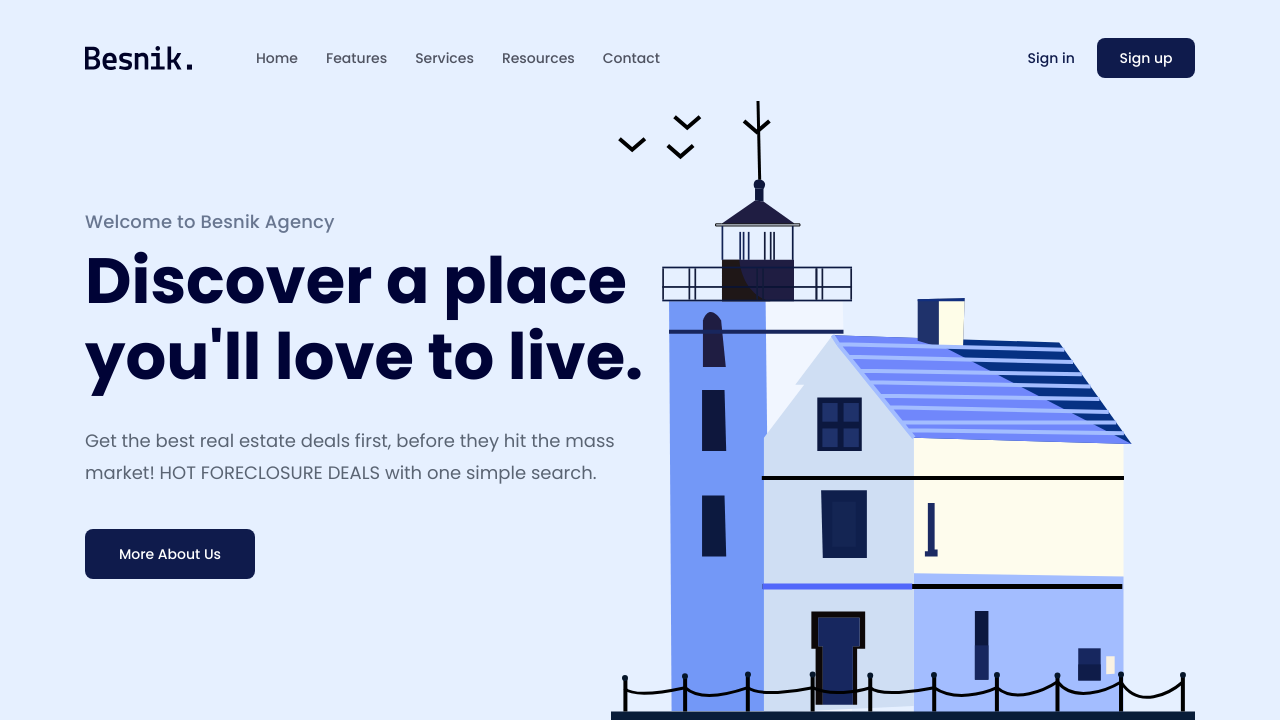
Repository: Tibi2003/f8-htmlcss-01
Page: index.html
These files come from the project's save history. The page is drawn as it stood at one moment and after the next save; the edit follows.
The browser window is 1280 px wide. The pictures show the whole page.

Above is the page before, as saved 2024-02-05 17:10:58.

After the next save:
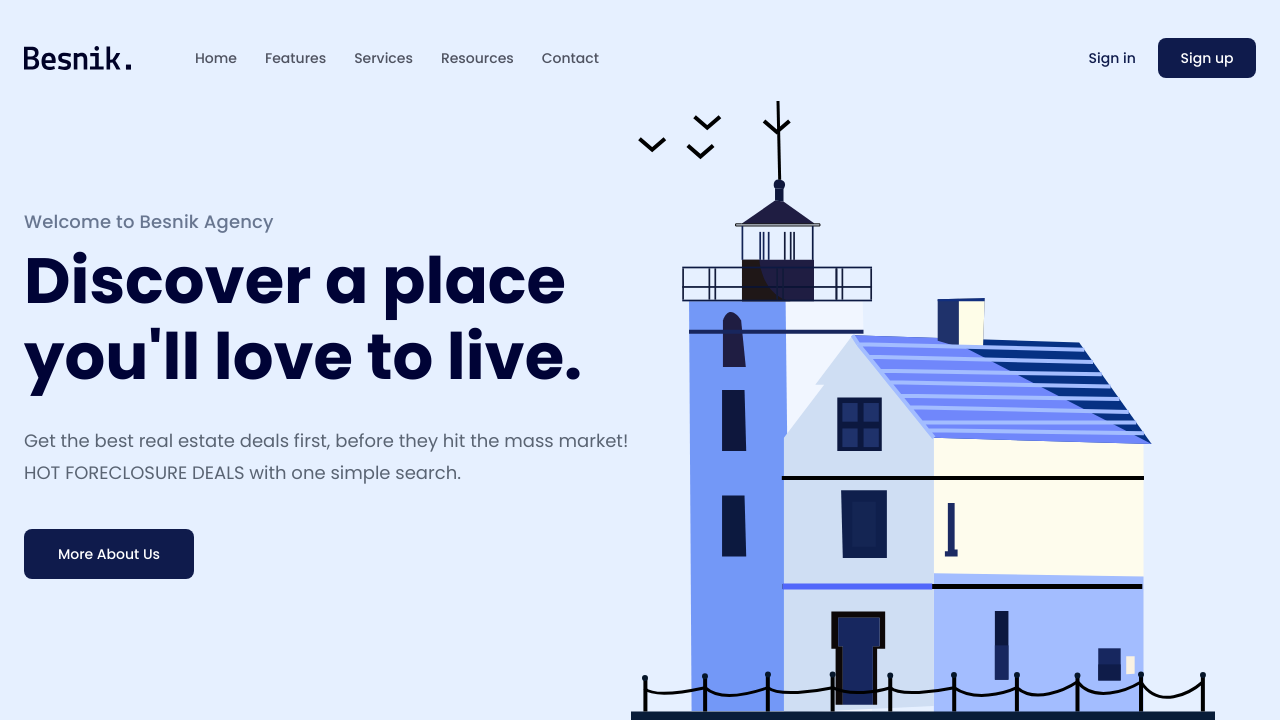
Saved 88 s later.
--- a/assets/css/styles.css
+++ b/assets/css/styles.css
@@ -37,7 +37,7 @@ a {
 }
 
 .content {
-	width: 1110px;
+	width: 1440px;
 	max-width: calc(100% - 48px);
 	margin-left: auto;
 	margin-right: auto;
@@ -126,6 +126,6 @@ a {
 
 .hero-img {
 	position: absolute;
-	right: calc((100vw - 1110px) / 2);
+	right: 65px;
 	bottom: 0;
 }
